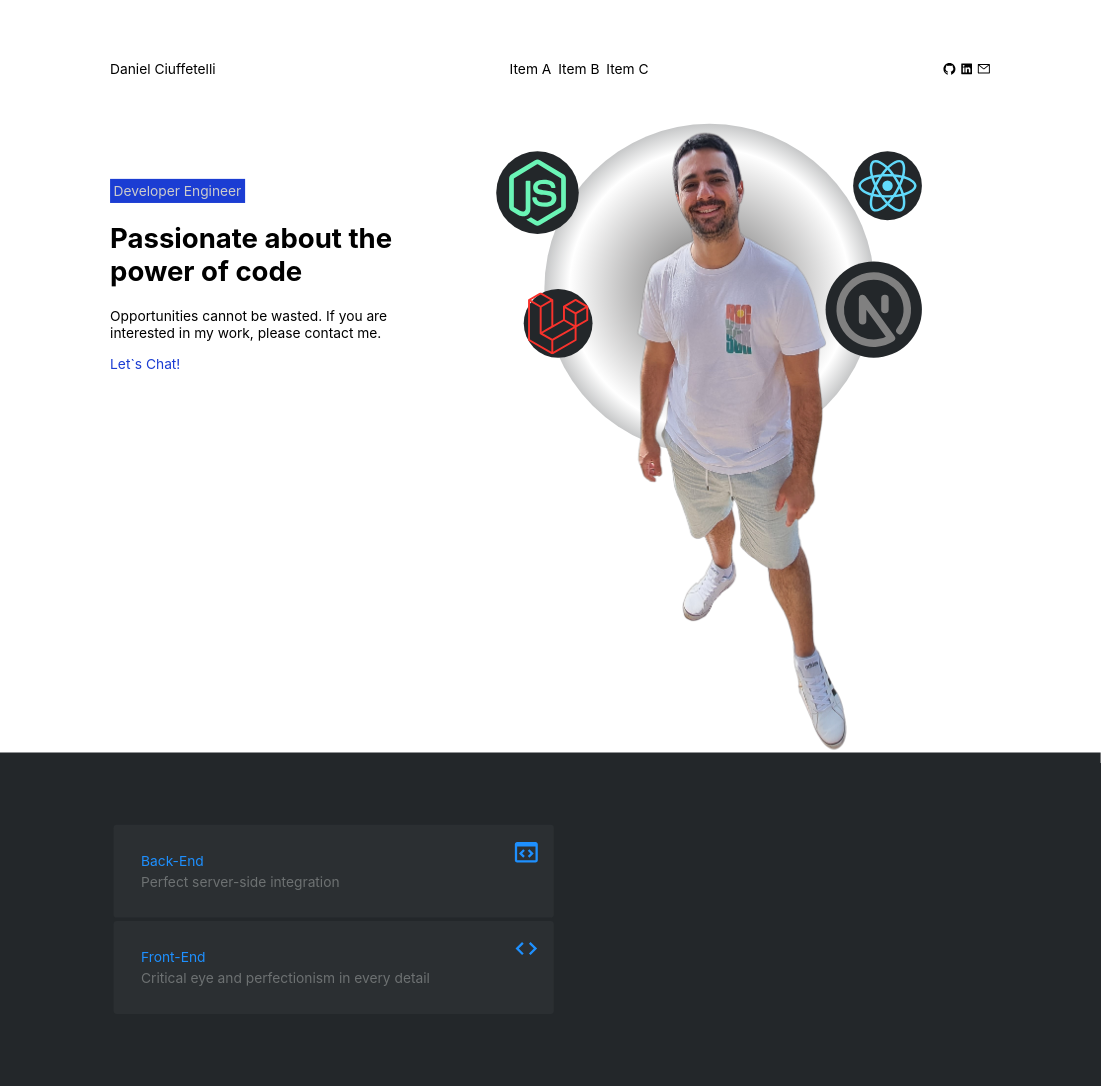
Repository: ciuffetelli/portfolio
Page: /
The author's editor kept a copy of each file at every save. The page is drawn from the files as they stood at one save, then again after the next save.
The browser window is 1280 px wide. The pictures show the whole page, at 86% of full size.
The project was rebuilt for these pictures with package versions that can differ from the ones it lists, and the page was loaded fresh each time. The framework's server and built-in components were replaced by stand-ins that run in the browser. Also part of the build but not shown: next.config.js.

Above is the page before, as saved 2022-12-05 18:30:36.

After the next save:
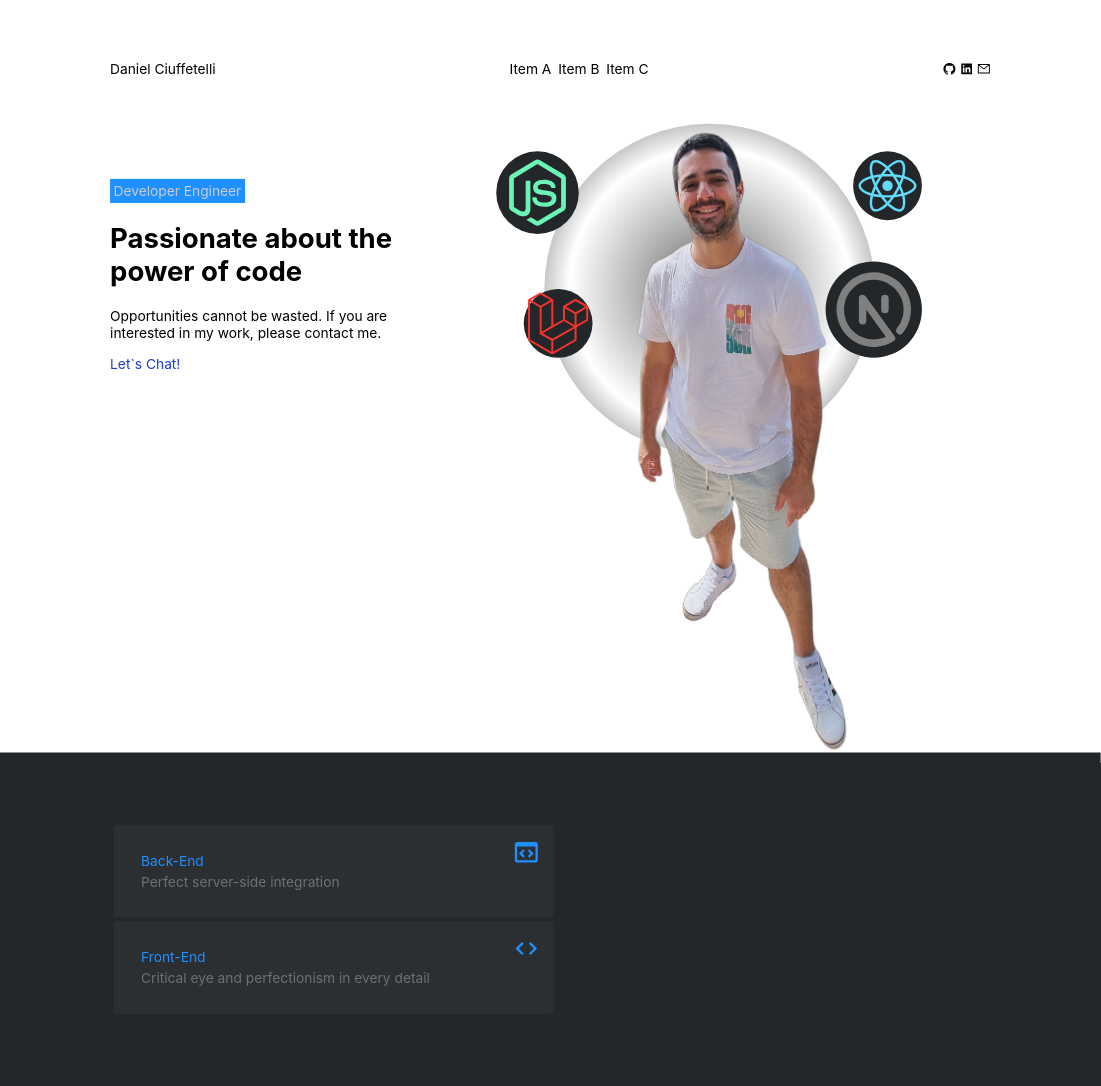
Saved 48 s later.
--- a/Components/Hero.tsx
+++ b/Components/Hero.tsx
@@ -43,7 +43,7 @@
     width: max-content;
     padding: 0.25rem;
     color: #ccc;
-    background-color: #1b3dd3;
+    background-color: var(--primary);
 `
 
 const H1 = styled.h1``
